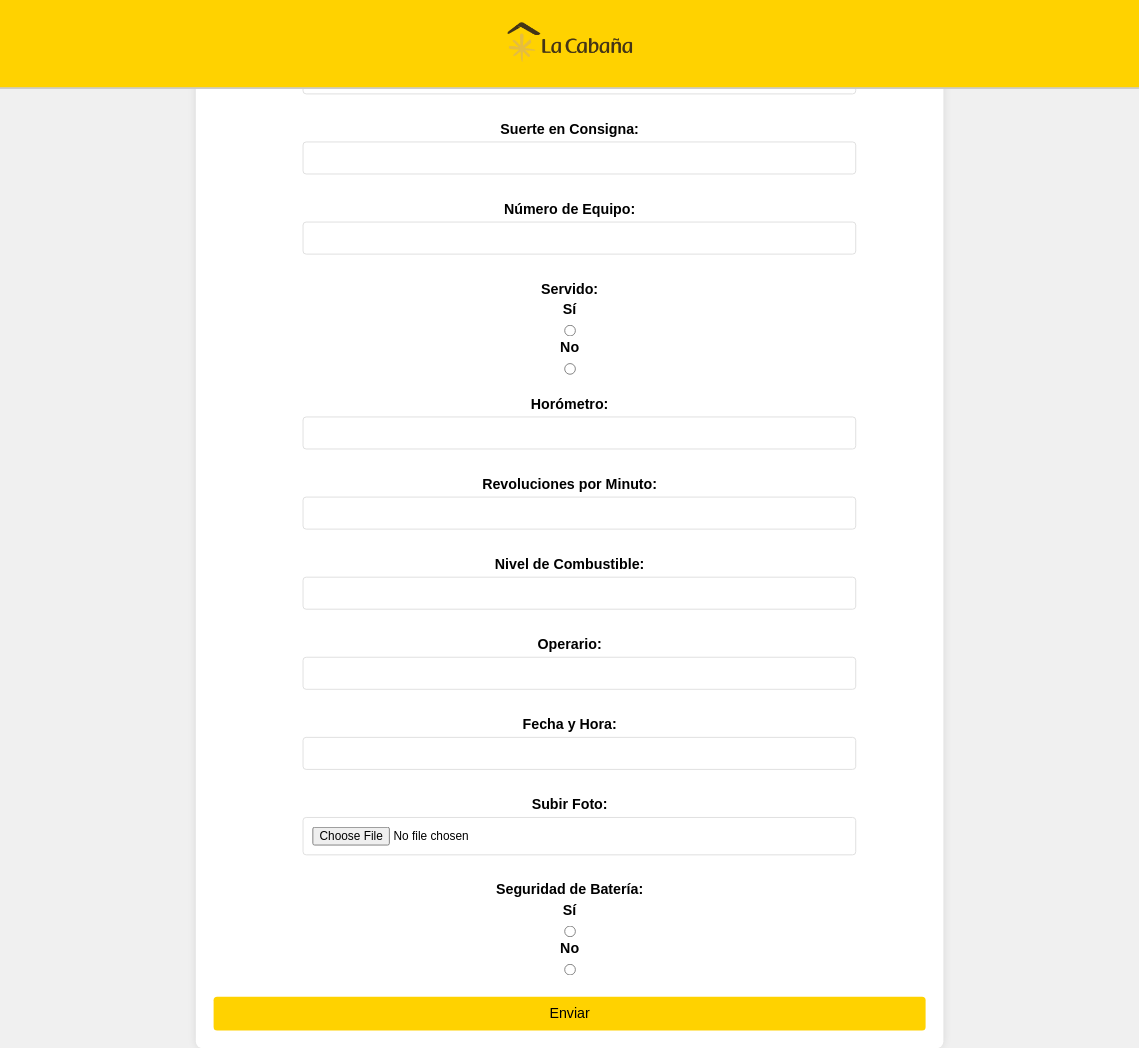
Repository: tayuanlogua/prototipo-de-control-de-accesos
Page: Patrullas/src/motobombas.html
The author's editor kept a copy of each file at every save. The page is drawn from the files as they stood at one save, then again after the next save.
The browser window is 1280 px wide. The pictures show the whole page, at 89% of full size.

Above is the page before, as saved 2024-08-09 08:55:15.

After the next save:
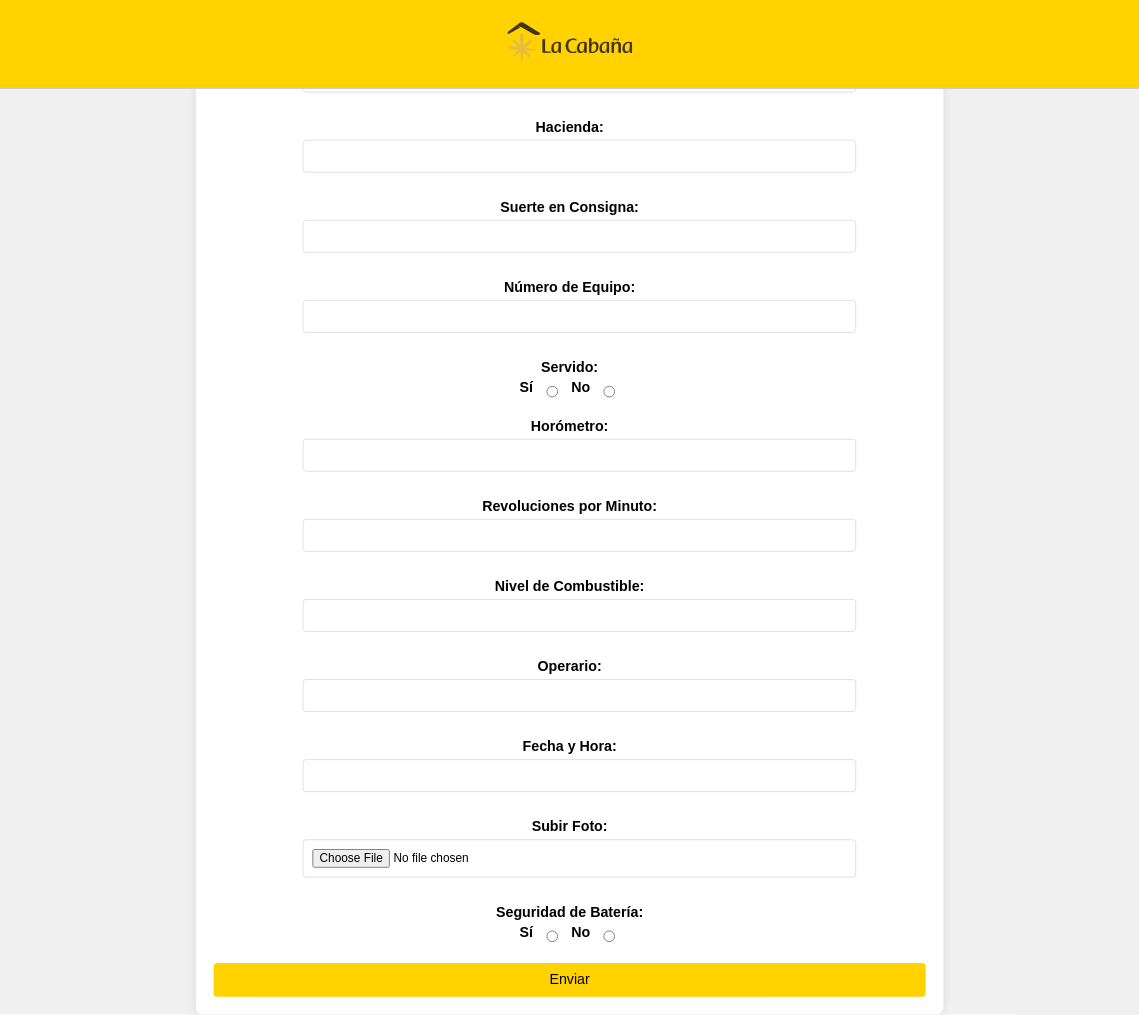
Saved 6 min 45 s later.
--- a/Patrullas/src/styles.css
+++ b/Patrullas/src/styles.css
@@ -37,7 +37,7 @@
   border-radius: 8px;
   box-shadow: 0 0 10px rgba(0, 0, 0, 0.1);
   text-align: center; /* Centrar el contenido dentro del contenedor */
-  margin-top: 150px; /* Aumenta el espacio superior para evitar el header fijo */
+  margin-top: 200px; /* Aumenta el espacio superior para evitar el header fijo */
 }
 
 /* Estilos para el título del formulario */
@@ -82,6 +82,13 @@
   margin-right: 5px;
 }
 
+/* Estilos para los botones de opción (radio) */
+.radio-group {
+  display: flex;
+  justify-content: center; /* Centra los botones horizontalmente */
+  gap: 10px; /* Espacio entre los botones de opción */
+}
+
 textarea {
   resize: vertical;
 }
